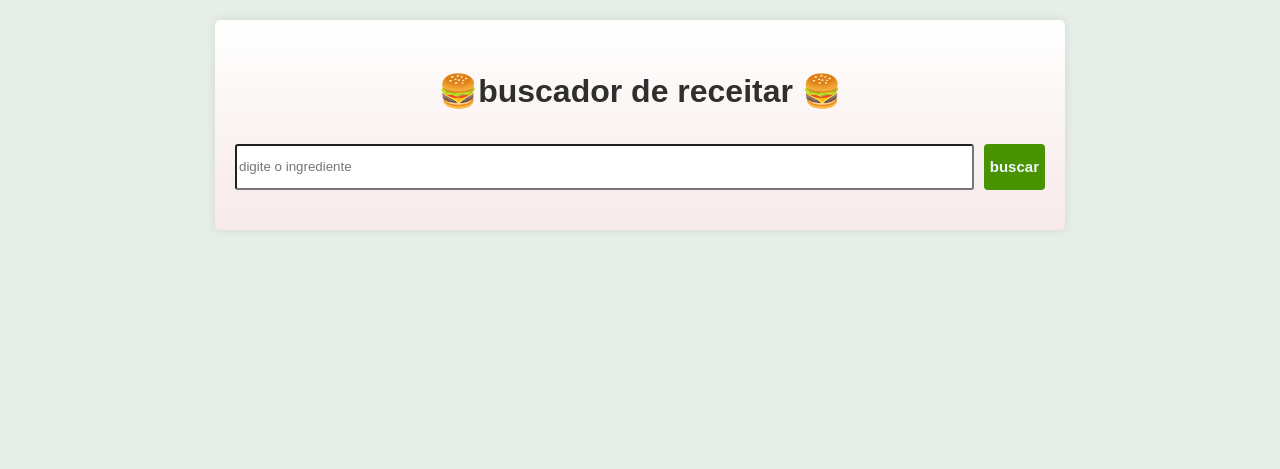
Repository: RoneT9/Receitas
Page: receita.html
An editor plug-in stored every save of this project. The page is shown before and after the next save, followed by the edit.
The browser window is 1280 px wide. The pictures show the whole page.

Above is the page before, as saved 2026-02-17 10:34:50.

### receita.html
<!doctype html>
<html lang="en">
  <head>
    <meta charset="UTF-8" />
    <meta name="viewport" content="width=device-width, initial-scale=1.0" />
    <link rel="stylesheet" href="receita.css" />
    <title>Document</title>
  </head>
  <body>
    <main class="container">
      <h1>buscador de receitar</h1>
      <form class="search-form">
        <input type="text" placeholder="digite o ingrediente" class="seach-ipunt" />
        <button class="btn" type="submit">buscar</button>
      </form>
      <div class="loading"></div>
      <div class="recipe-list"></div>
      <div class="recipe-details"></div>
    </main>

    <div class="element">
      <div class="items"></div>
    </div>
  </body>
  <script src="receita.js"></script>
</html>

### receita.css
body {
  margin: 0;
  padding: 20px;
  line-height: 1.9;
  font-family: sans-serif;
  background-color: rgb(231, 238, 231);
}

.container {
  width: 810px;
  background: linear-gradient(to top, rgb(247, 233, 233), white);
  margin: 0 auto;
  padding: 20px;
  box-shadow: 0 0 10px rgba(0, 0, 0, 0.1);
  border-radius: 5px;
}

h1 {
  color: rgb(47, 47, 45);
  text-align: center;
}

.search-form {
  display: flex;
  gap: 10px;
  margin-bottom: 20px;
}

.seach-ipunt {
  flex: 1;
  height: 28px;
  outline: none;
  border-radius: 3px;
  height: 40px;
}

.seach-ipunt:focus {
  background-color: rgb(221, 219, 217);
}

.btn {
  padding: 10px 20;
  background-color: rgb(73, 146, 0);
  cursor: pointer;
  border-radius: 4px;
  border: none;
  color: aliceblue;
  font-weight: 600;
  font-size: 15px;
  transition: 0.5s ease-out;
}

.btn:hover {
  background-color: rgb(94, 173, 14);
}

.btn:active {
  transform: scaleX(1.2);
}

h1::before {
  content: "🍔";
  color: brown;
}

h1::after {
  content: " 🍔";
  color: brown;
  object-fit: fill;
}

.recipe-card {
  border: 1px solid #decfcf;
  border-radius: 5px;
  text-align: center;
  cursor: pointer;
  transition: 0.05s;
  width: 400px;
}

.recipe-card img {
  margin: 30px;
  height: 200px;
  width: 250px;
  object-fit: cover;
  border-radius: 5px;
  box-shadow: 0 0 10px rgba(01, 10, 0, 0.1);
  transition: 02s;
}

img:hover {
  transform: scaleX(1.1);
  transform: scaleY(1.1);
}

.recipe-list {
  display: grid;
  grid-template-columns: repeat(auto-fill, minmax(200px, 1fr));
  gap: 3px;
}

.items {
  height: 200px;
  width: 200px;
}

### receita.js
//ALGORITMOS

//Saber quando o usuario clicou na receita
//Busca informaçães da receita individual na API
//Colocar a receita individualna tela

//Pegar a informação do input , quando o botão for clicado
const input = document.querySelector(".seach-ipunt");
const form = document.querySelector(".search-form");
const recipelist = document.querySelector(".recipe-list");
const recipeDetails = document.querySelector(".recipe-details");

form.addEventListener("submit", (e) => {
  e.preventDefault();
  const inputValue = e.target[0].value;
  seachRecipes(inputValue);
});

//Ir ate a API , trazer as receitas
async function seachRecipes(ingredient) {
  const response = await fetch(`https://www.themealdb.com/api/json/v1/1/filter.php?i=${ingredient}`);
  const data = await response.json();
  showRecipe(data.meals);
}

//Colocar as receitas na tela
function showRecipe(recipes) {
  recipelist.innerHTML = recipes
    .map(
      (item) =>
        `
    <div class ="recipe-card"onclick ="getRecipeDatails(${item.idMeal})">
    <img src = "${item.strMealThumb}" alt = "recipe-photo">
    <h3>${item.strMeal}</h3>
    </div>
    <br/>
    `,
    )
    .join("");
}
//saber quando o usuario clicou na receita
async function getRecipeDatails(id) {
  const response = await fetch(`https://www.themealdb.com/api/json/v1/1/lookup.php?i=${id}`);
  const data = await response.json();
  const recipe = data.meals[0];

  let ingredients = "";

  for (let i = 1; i <= 20; i++) {
    if (recipe[`strIngredient${i}`]) {
      ingredients += `<li>${recipe[`strIngredient${i}`]} - ${recipe[`strMeasure${i}`]}</li>`;
    } else {
      break;
    }
  }
  recipeDetails.innerHTML = `
  <h2></h2>
  <ul>${ingredients} </ul>`;
}

After the next save:
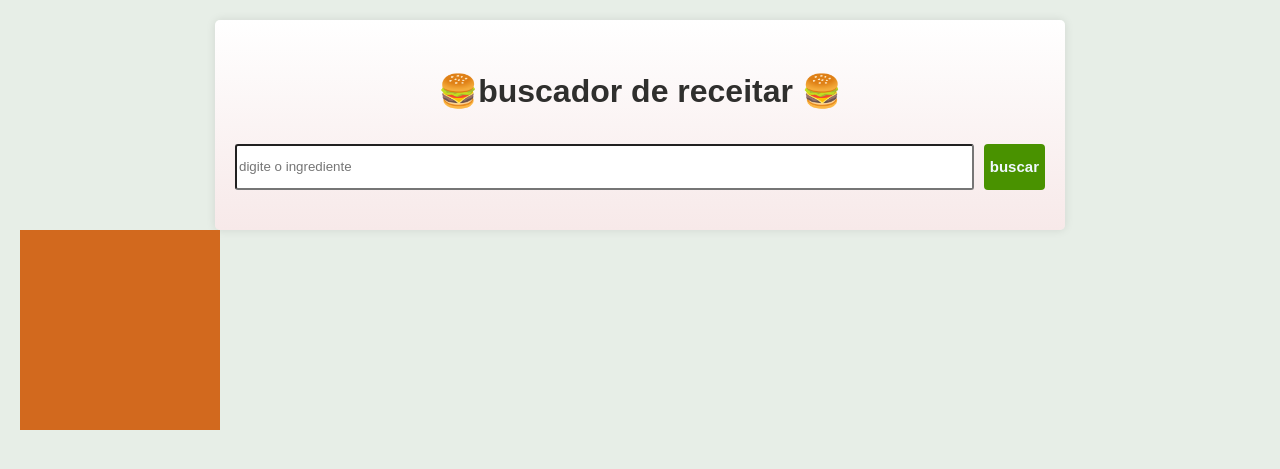
Saved 43 s later.
--- a/receita.css
+++ b/receita.css
@@ -102,4 +102,5 @@ img:hover {
 .items {
   height: 200px;
   width: 200px;
+  background-color: chocolate;
 }
